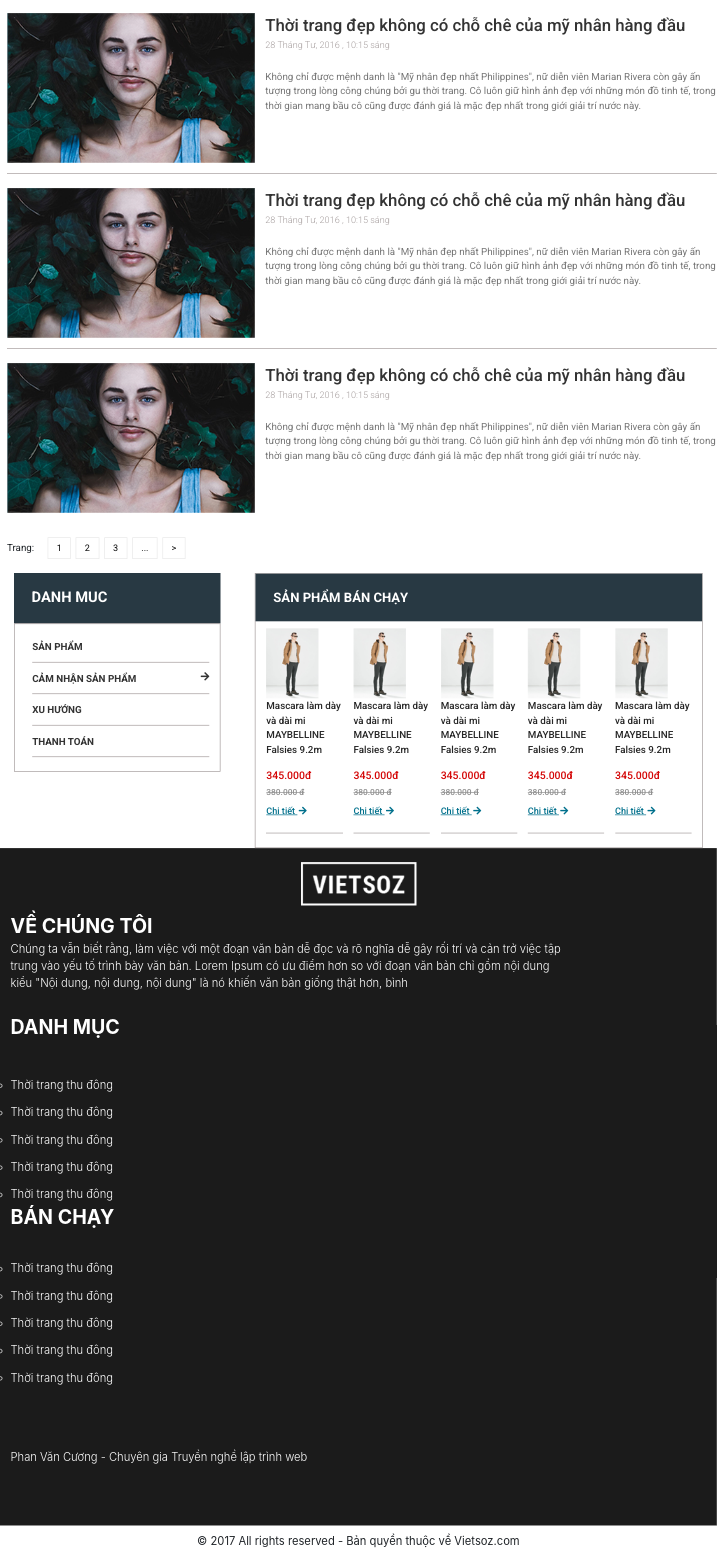
Repository: vinhtk0209/Vietsoz-reponsive
Page: index.html
An editor plug-in stored every save of this project. The page is shown before and after the next save, followed by the edit.
The browser window is 1024 px wide. The pictures show the part of the page from y = 1441 to 3681 px (the page is 3671 px tall before and 3681 px after), at 70% of full size.

Above is the page before, as saved 2021-10-24 16:59:07.

After the next save:
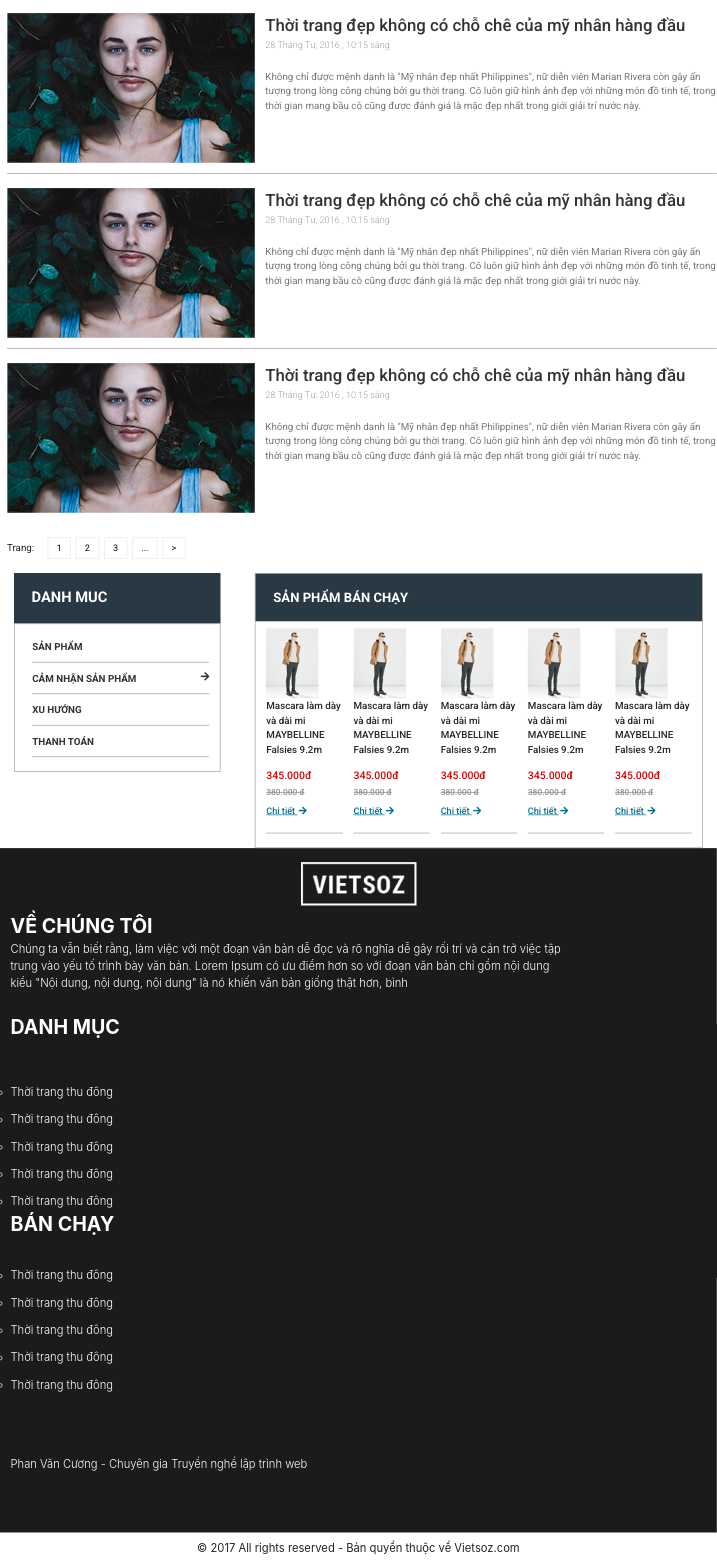
Saved 21 s later.
--- a/assets/css/reponsive.css
+++ b/assets/css/reponsive.css
@@ -68,7 +68,7 @@
         margin-top: 30px;
     }
     .footer .footer-content .footer-caterory ul{
-       padding-top:20px ;
+       margin-top:20px;
     }
 }
 
